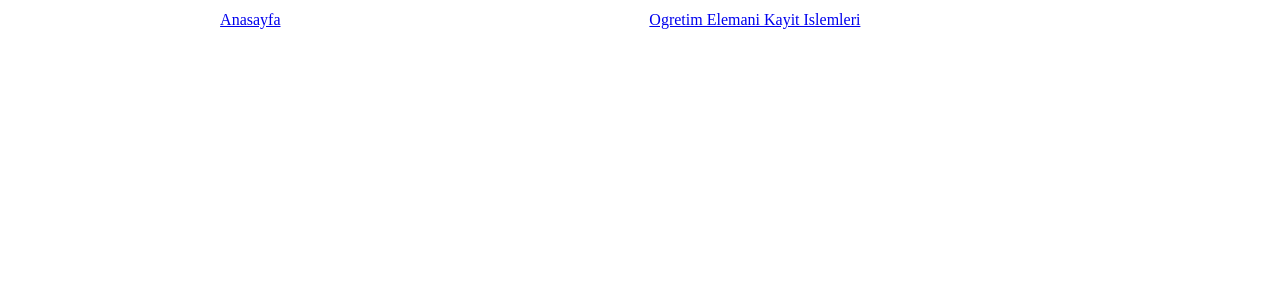
Repository: Egemen-ve-Burakhan-internet-final/final
Page: http://localhost/ogretim/ogretmen_kayit.jsp
The author's editor kept a copy of each file at every save. The page is drawn from the files as they stood at one save, then again after the next save.
The browser window is 1280 px wide. The pictures show the whole page.
The page is served by Tomcat 9.

Above is the page before, as saved 2020-05-25 14:09:34.

After the next save:
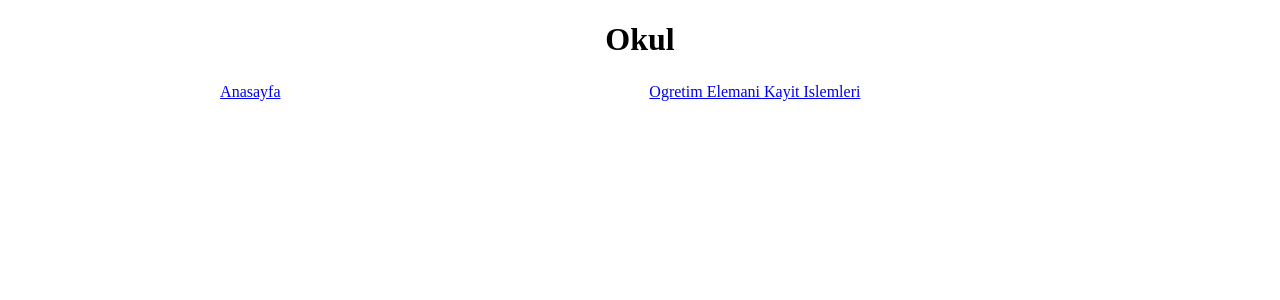
Saved 7 s later.
--- a/okul/ogretim/WebContent/ogretmen_kayit.jsp
+++ b/okul/ogretim/WebContent/ogretmen_kayit.jsp
@@ -8,7 +8,9 @@
 </head>
 <body>
 
-
+		<div>
+			<h1 style="text-align:center">Okul</h1>
+		</div>
 		<div>
 			<table width="80%" align= center>
 				<tr>
